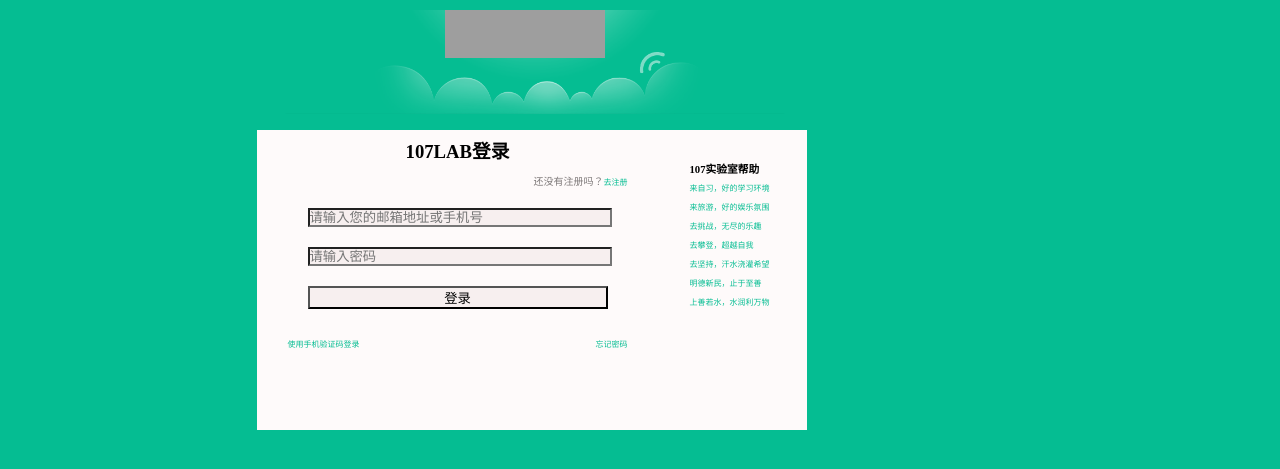
Repository: zz-yy/2023_homework
Page: 第一次考核作业/mazehua/index.html
The author's editor kept a copy of each file at every save. The page is drawn from the files as they stood at one save, then again after the next save.
The browser window is 1280 px wide. The pictures show the whole page.
Pictures or frames that could not be fetched are drawn as grey boxes.

Above is the page before, as saved 2024-04-04 22:33:50.

After the next save:
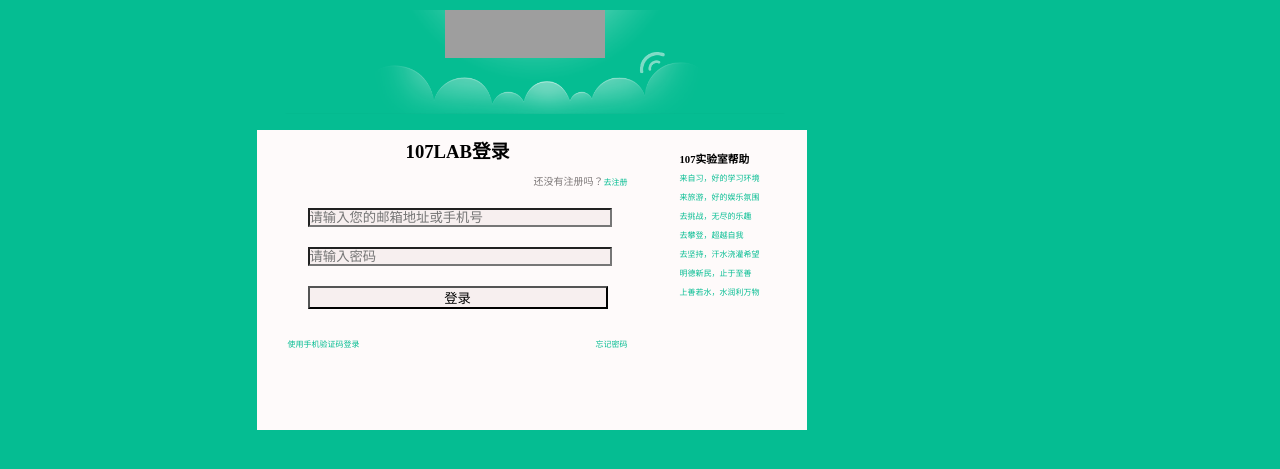
Saved 17 s later.
--- a/第一次考核作业/mazehua/index.css
+++ b/第一次考核作业/mazehua/index.css
@@ -95,7 +95,7 @@ input{
     width: 120px;
     float: right;
     padding: auto;
-    margin: 30px ;
+    margin: 20px ;
 }
 .L{
     float: left;
